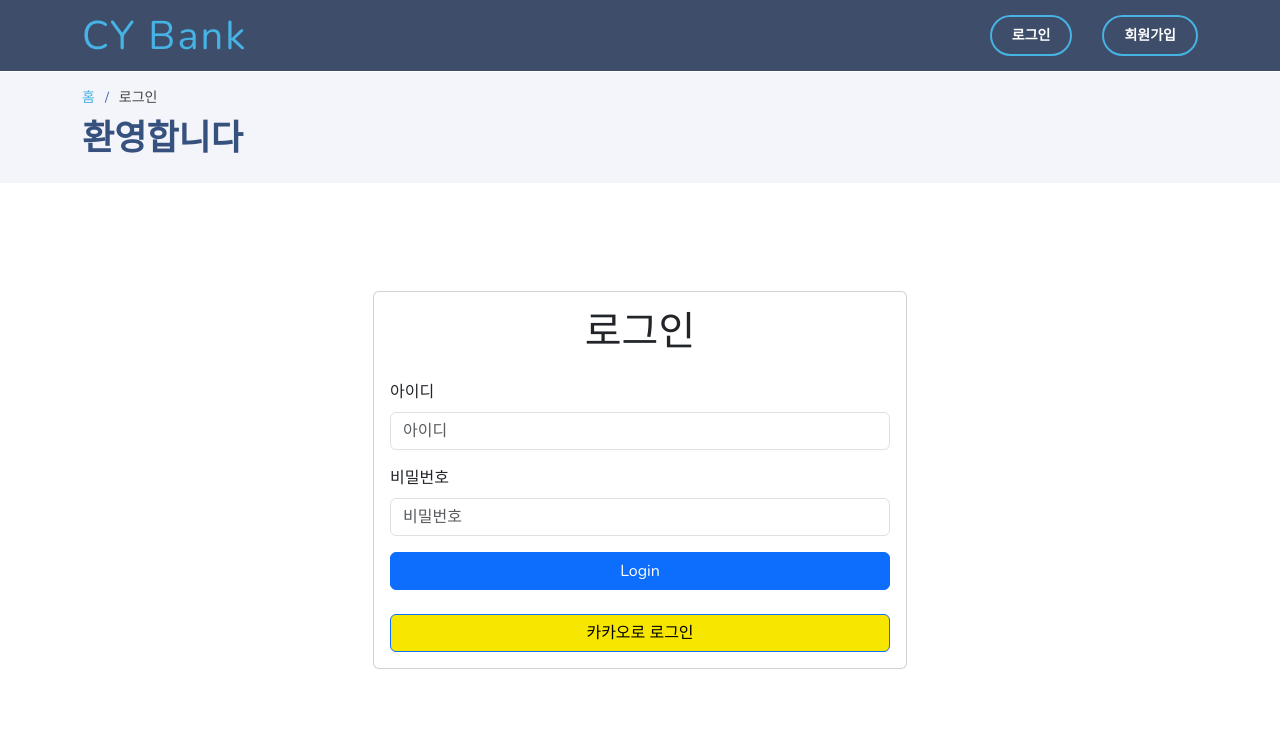
Repository: scy0814/Spring
Page: http://localhost/CYBank/jsp/login/Login.jsp
The author's editor kept a copy of each file at every save. The page is drawn from the files as they stood at one save, then again after the next save.
The browser window is 1280 px wide. The pictures show the whole page.
The page is served by Tomcat 9. Other server files are loaded and not shown.

Above is the page before, as saved 2023-07-02 02:50:35.

### CYBank/src/main/webapp/jsp/login/Login.jsp
<%@ page language="java" contentType="text/html; charset=UTF-8" pageEncoding="UTF-8"%>
<!DOCTYPE html>
<html>
<head>
<meta charset="UTF-8">
<title>Insert title here</title>

<!-- Bootstrap CSS -->
<link rel="stylesheet" href="https://maxcdn.bootstrapcdn.com/bootstrap/4.0.0/css/bootstrap.min.css">

</head>
<header>
    <jsp:include page="/jsp/include/header.jsp" />
</header>
<body>
<section id="breadcrumbs" class="breadcrumbs">
    <div class="container">
        <ol>
            <li><a href="/index.jsp">홈</a></li>
            <li>로그인</li>
        </ol>
        <h2 style="font-size: 35px;">환영합니다</h2>
    </div>
</section><!-- End Breadcrumbs -->
<section class="inner-page">
    <div class="container">



    <div class="container">
        <div class="row justify-content-center mt-5">
            <div class="col-md-6">
                <div class="card">
                    <div class="card-body">
                        <h1 class="text-center mb-4">로그인</h1>
                        <form method="post" action="${pageContext.request.contextPath }/loginProcess.do" id="login-form">
                            <div class="form-group">
                                <label for="id">아이디</label>
                                <input type="text" class="form-control" name="id" placeholder="아이디">
                            </div>
                            <div class="form-group">
                                <label for="password">비밀번호</label>
                                <input type="password" class="form-control" name="password" placeholder="비밀번호">
                            </div>
                            <button type="submit" class="btn btn-primary btn-block">Login</button>
                        </form><br>
                        <form method="post" action="${pageContext.request.contextPath }/kakaoLogin.do" >
                            <button type="submit" class="btn btn-primary btn-block" style="background-color : #F7E600 ; color : black;" >카카오로 로그인</button>
                        </form>
                    </div>
                </div>
            </div>
        </div>
    </div>

    <!-- Bootstrap JS -->
    <script src="https://code.jquery.com/jquery-3.5.1.slim.min.js"></script>
    <script src="https://cdn.jsdelivr.net/npm/popper.js@1.16.1/dist/umd/popper.min.js"></script>
    <script src="https://stackpath.bootstrapcdn.com/bootstrap/4.5.2/js/bootstrap.min.js"></script>
</div>
</section>
</body>
</html>

### CYBank/src/main/webapp/jsp/include/header.jsp
<%@ page language="java" contentType="text/html; charset=UTF-8"
    pageEncoding="UTF-8"%>
    <%@ taglib prefix="c" uri="http://java.sun.com/jsp/jstl/core"%>
<!DOCTYPE html>
<html>
<head>
<meta charset="UTF-8">
 <!-- Favicons -->
  <link href="assets/img/favicon.png" rel="icon">
  <link href="assets/img/apple-touch-icon.png" rel="apple-touch-icon">


  <!-- Google Fonts -->
  <link href="https://fonts.googleapis.com/css?family=Open+Sans:300,300i,400,400i,600,600i,700,700i|Nunito:300,300i,400,400i,600,600i,700,700i|Poppins:300,300i,400,400i,500,500i,600,600i,700,700i" rel="stylesheet">

  <!-- Vendor CSS Files -->
  <link href="/CYBank/css/vendor/aos/aos.css" rel="stylesheet">
  <link href="/CYBank/css/vendor/bootstrap/css/bootstrap.min.css" rel="stylesheet">
  <link href="/CYBank/css/vendor/bootstrap-icons/bootstrap-icons.css" rel="stylesheet">
  <link href="/CYBank/css/vendor/glightbox/css/glightbox.min.css" rel="stylesheet">
  <link href="/CYBank/css/vendor/remixicon/remixicon.css" rel="stylesheet">
  <link href="/CYBank/css/vendor/swiper/swiper-bundle.min.css" rel="stylesheet">

  <!-- Template Main CSS File -->
  <link href="/CYBank/css/css/style.css" rel="stylesheet">
  <style>
  .fixed-top {
    position: fixed;
    z-index: 1030;
    background: #283a5ae6;
    top: 0;
    right: 0;
    left: 0;
}
  </style>

<title>Insert title here</title>
</head>
<body>
<!-- ======= Header ======= -->
  <header id="header" class="header fixed-top">
    <div class="container-fluid container-xl d-flex align-items-center justify-content-between">

      <a href="index.jsp" class="logo d-flex align-items-center">
        <span class="cybank">CY Bank</span>
      </a>
		<c:set var="isLogin" value="${empty user }" />
      <nav id="navbar" class="navbar">
        <ul>
        <c:if test="${not empty user && user.id ne 'admin'}">
          <li><a class="nav-link scrollto active" href="index.jsp">홈</a></li>
          <li><a class="nav-link scrollto" href="${pageContext.request.contextPath }/noticeList.do">공지사항</a></li>
          <li><a class="nav-link scrollto" href="#about">오픈뱅킹</a></li>
           <li class="dropdown"><a href="${pageContext.request.contextPath }/account.do"><span>계좌</span> <i class="bi bi-chevron-down"></i></a>
            <ul>
              <li><a href="${pageContext.request.contextPath}/account.do">나의 계좌</a></li>
              <li><a href="${pageContext.request.contextPath}/createAccount.do">계좌 개설</a></li>
              <li><a href="${pageContext.request.contextPath}/transactionHistory.do">입출금 내역</a></li>
              <li><a href="${pageContext.request.contextPath}/closeAccount.do">계좌 해지</a></li>
            </ul>
          </li>
          <li><a class="nav-link scrollto" href="${pageContext.request.contextPath }/myPage.do">마이페이지</a></li>
          <li><a class="nav-link scrollto" href="${pageContext.request.contextPath }/customerCenter.do">고객센터</a></li>
          <li><a class="nav-link scrollto" href="${pageContext.request.contextPath }/logout.do">로그아웃</a></li>
          </c:if>

		<c:if test="${user.id eq 'admin'}">
		<li class="dropdown"><a href="${pageContext.request.contextPath }/account.do"><span>상품관리</span> <i class="bi bi-chevron-down"></i></a>
            <ul>
              <li><a href="${pageContext.request.contextPath}/account.do">상품등록</a></li>
              <li><a href="${pageContext.request.contextPath}/createAccount.do">상품수정</a></li>
              <li><a href="${pageContext.request.contextPath}/transactionHistory.do">상품삭제</a></li>
            </ul>
          </li>
          <li class="dropdown"><a href="${pageContext.request.contextPath }/account.do"><span>회원관리</span> <i class="bi bi-chevron-down"></i></a>
            <ul>
              <li><a href="${pageContext.request.contextPath}/account.do">회원리스트</a></li>
              <li><a href="${pageContext.request.contextPath}/transactionHistory.do">휴면계좌관리</a></li>
            </ul>
          <li><a class="nav-link scrollto" href="${pageContext.request.contextPath }/noticeList.do">공지사항</a></li>
          <li><a class="nav-link scrollto" href="${pageContext.request.contextPath }/customerCenter.do">고객센터</a></li>
          <li><a class="nav-link scrollto" href="${pageContext.request.contextPath }/logout.do">로그아웃</a></li>
		</c:if>
		<c:if test="${empty user}">
          <li><a class="getstarted scrollto" href="${pageContext.request.contextPath }/login.do">로그인</a></li>
          <li><a class="getstarted scrollto" href="${pageContext.request.contextPath }/signUp.do">회원가입</a></li>
          </c:if>
        </ul>
        <i class="bi bi-list mobile-nav-toggle"></i>
      </nav><!-- .navbar -->

    </div>
  </header><!-- End Header -->
  <!-- Vendor JS Files -->
  <script src="/CYBank/css/vendor/purecounter/purecounter_vanilla.js"></script>
  <script src="/CYBank/css/vendor/aos/aos.js"></script>
  <script src="/CYBank/css/vendor/bootstrap/js/bootstrap.bundle.min.js"></script>
  <script src="/CYBank/css/vendor/glightbox/js/glightbox.min.js"></script>
  <script src="/CYBank/css/vendor/isotope-layout/isotope.pkgd.min.js"></script>
  <script src="/CYBank/css/vendor/swiper/swiper-bundle.min.js"></script>
  <script src="/CYBank/css/vendor/php-email-form/validate.js"></script>

  <!-- Template Main JS File -->
  <script src="/CYBank/css/js/main.js"></script>

</body>
</html>

Loaded but not shown: CYBank/src/main/webapp/css/js/main.js (258 lines, source omitted); CYBank/src/main/webapp/css/css/style.css (1830 lines, source omitted)

After the next save:
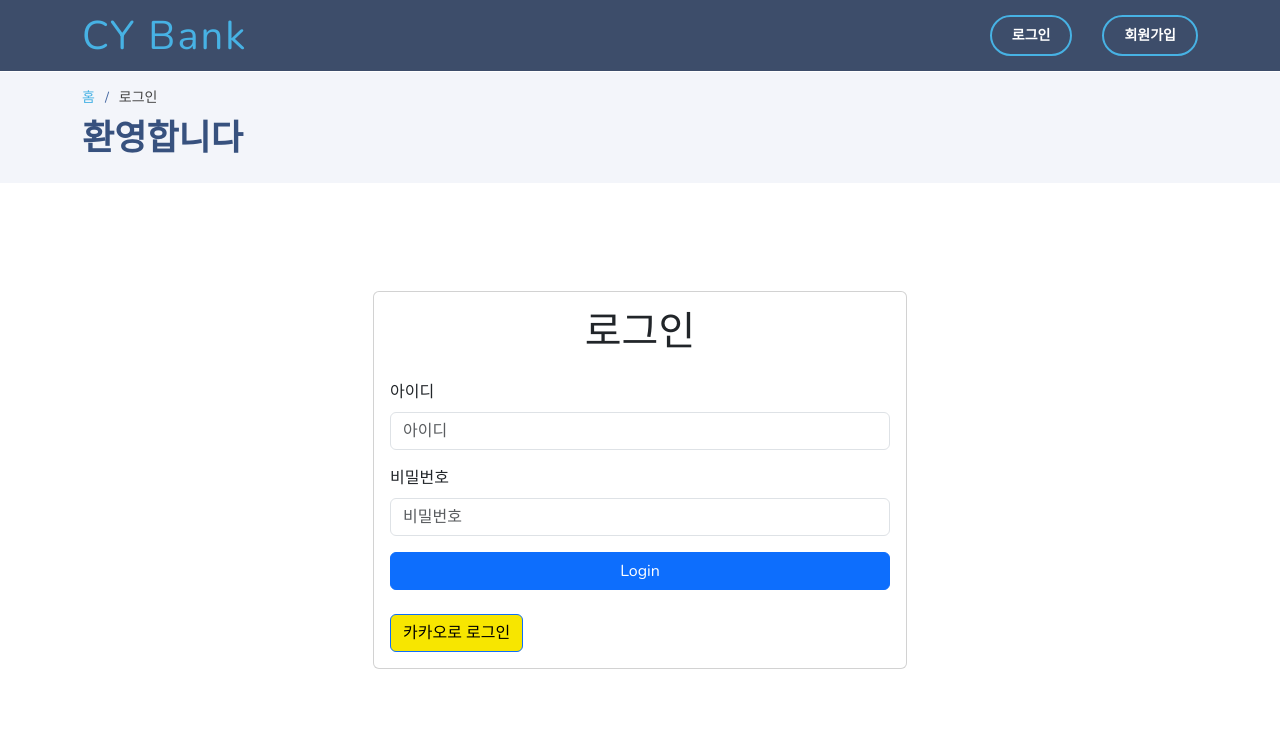
Saved 20 s later.
--- a/CYBank/src/main/webapp/jsp/login/Login.jsp
+++ b/CYBank/src/main/webapp/jsp/login/Login.jsp
@@ -45,7 +45,7 @@
                             <button type="submit" class="btn btn-primary btn-block">Login</button>
                         </form><br>
                         <form method="post" action="${pageContext.request.contextPath }/kakaoLogin.do" >
-                            <button type="submit" class="btn btn-primary btn-block" style="background-color : #F7E600 ; color : black;" >카카오로 로그인</button>
+                            <button type="submit" class="btn btn-primary" style="background-color : #F7E600 ; color : black;" >카카오로 로그인</button>
                         </form>
                     </div>
                 </div>

After the save that followed:
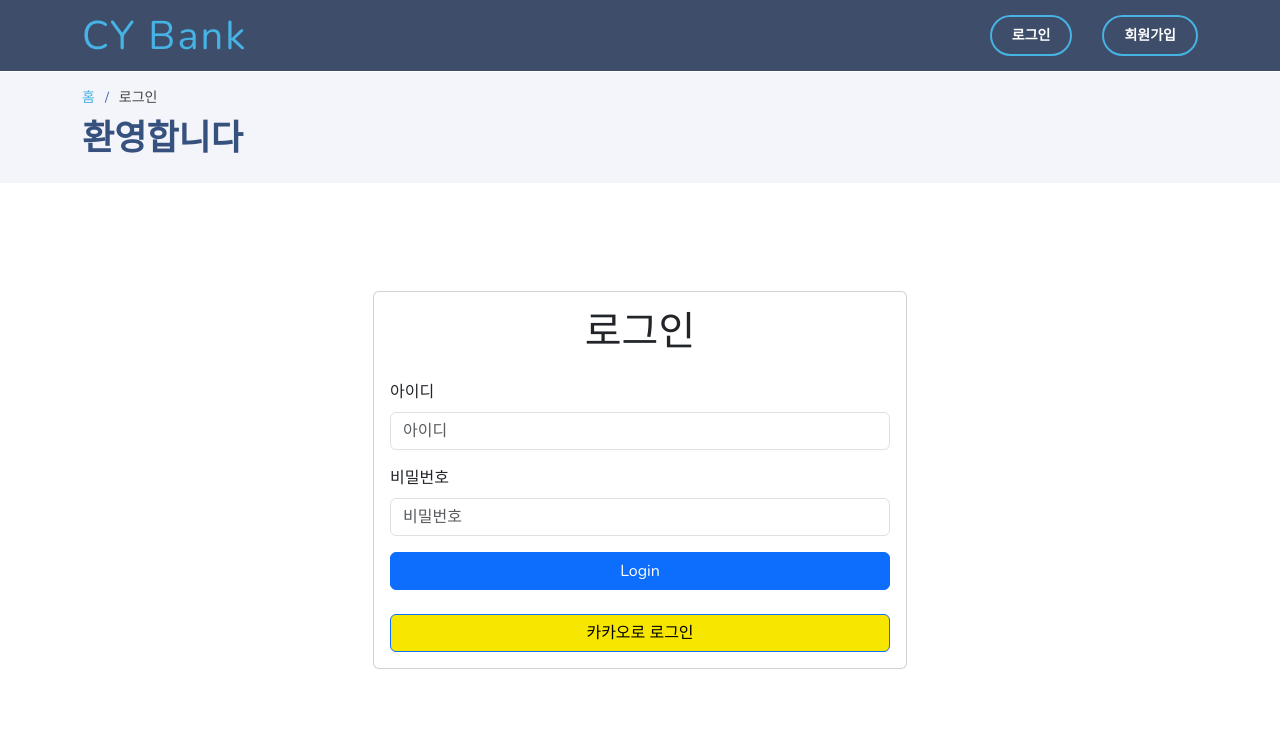
Saved 10 s later.
--- a/CYBank/src/main/webapp/jsp/login/Login.jsp
+++ b/CYBank/src/main/webapp/jsp/login/Login.jsp
@@ -45,7 +45,7 @@
                             <button type="submit" class="btn btn-primary btn-block">Login</button>
                         </form><br>
                         <form method="post" action="${pageContext.request.contextPath }/kakaoLogin.do" >
-                            <button type="submit" class="btn btn-primary" style="background-color : #F7E600 ; color : black;" >카카오로 로그인</button>
+                            <button type="submit" class="btn btn-primary btn-block" style="background-color : #F7E600 ; color : black;" >카카오로 로그인</button>
                         </form>
                     </div>
                 </div>
